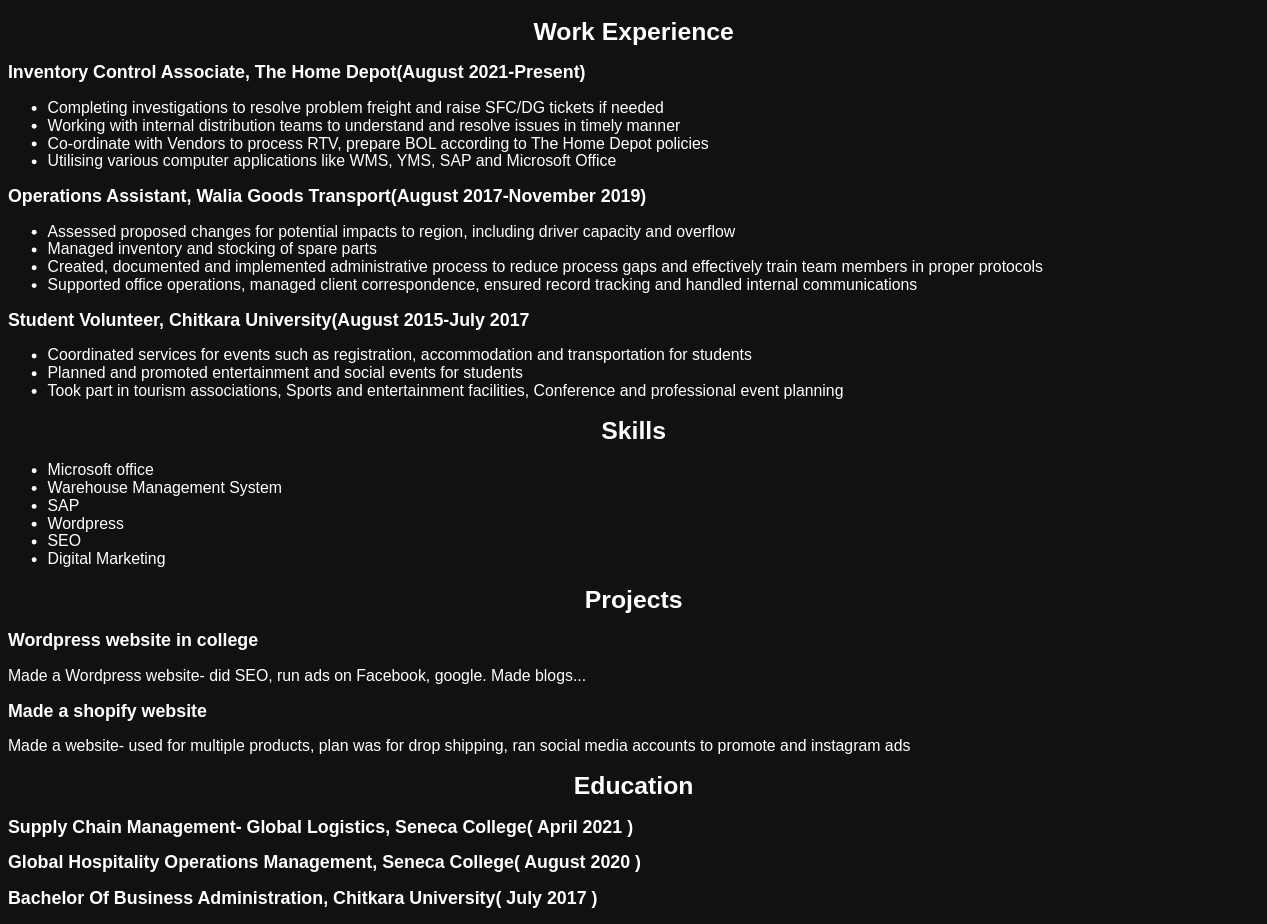
Repository: jashn13/portfolio
Page: index.html
An editor plug-in stored every save of this project. The page is shown before and after the next save, followed by the edit.
The browser window is 1280 px wide. The pictures show the whole page, at 99% of full size.

Above is the page before, as saved 2021-11-13 08:28:00.

### index.html
<!DOCTYPE html>
<html>
<head>
<style>
h1 {
 text-align: center;
 font-size: 25px;
}
h2 {
 text-align: left;
 Font-size: 18px;
}

body {
  font-family: Arial;
  color: white;
  background-color: #111;
}



.centered {
  position: absolute;
  top: 50%;
  left: 50%;
  transform: translate(-50%, -50%);
  text-align: center;
}


</style>
</head>
<body>
<div>
<div class="split left">
    <h1>Work Experience</h1>
<h2>Inventory Control Associate, The Home Depot(August 2021-Present)</h2>
<ul>
 <li>Completing investigations to resolve problem freight and raise SFC/DG tickets if needed</li>
 <li>Working with internal distribution teams to understand and resolve issues in timely manner</li>
 <li>Co-ordinate with Vendors to process RTV, prepare BOL according to The Home Depot policies</li>
 <li>Utilising various computer applications like WMS, YMS, SAP and Microsoft Office</li>
</ul>
<h2>Operations Assistant, Walia Goods Transport(August 2017-November 2019)</h2>
<ul>
<li>Assessed proposed changes for potential impacts to region, including driver capacity and overflow</li>
<li>Managed inventory and stocking of spare parts</li>
<li>Created, documented and implemented administrative process to reduce process gaps and effectively train team members in proper protocols</li>
<li>Supported office operations, managed client correspondence, ensured record tracking and handled internal communications</li>
</ul>

<h2>Student Volunteer, Chitkara University(August 2015-July 2017</h2>
<ul>
<li>Coordinated services for events such as registration, accommodation and transportation for students</li>
<li>Planned and promoted entertainment and social events for students</li>
<li>Took part in tourism associations, Sports and entertainment facilities, Conference and professional event planning</li>
</ul>
<h1>Skills</h1>
<ul>
<li>Microsoft office</li>
<li>Warehouse Management System</li>
<li>SAP</li>
<li>Wordpress</li>
<li>SEO</li>
<li>Digital Marketing</li>
</ul>
  </div>
</div>

<div class="split right">
    <h1>Projects</h1>
<h2>Wordpress website in college</h2>
<p>Made a Wordpress website- did SEO, run ads on Facebook, google. Made blogs...</p>
<h2>Made a shopify website</h2>
<p>Made a website- used for multiple products, plan was for drop shipping, ran social media accounts to promote and instagram ads</p>
<h1>Education</h1>
<h2>Supply Chain Management- Global Logistics, Seneca College( April 2021 )</h2>
<h2>Global Hospitality Operations Management, Seneca College( August 2020 )</h2>
<h2>Bachelor Of Business Administration, Chitkara University( July 2017 )</h2>


  </div>
</div>
</div>
</body>
</html>

After the next save:
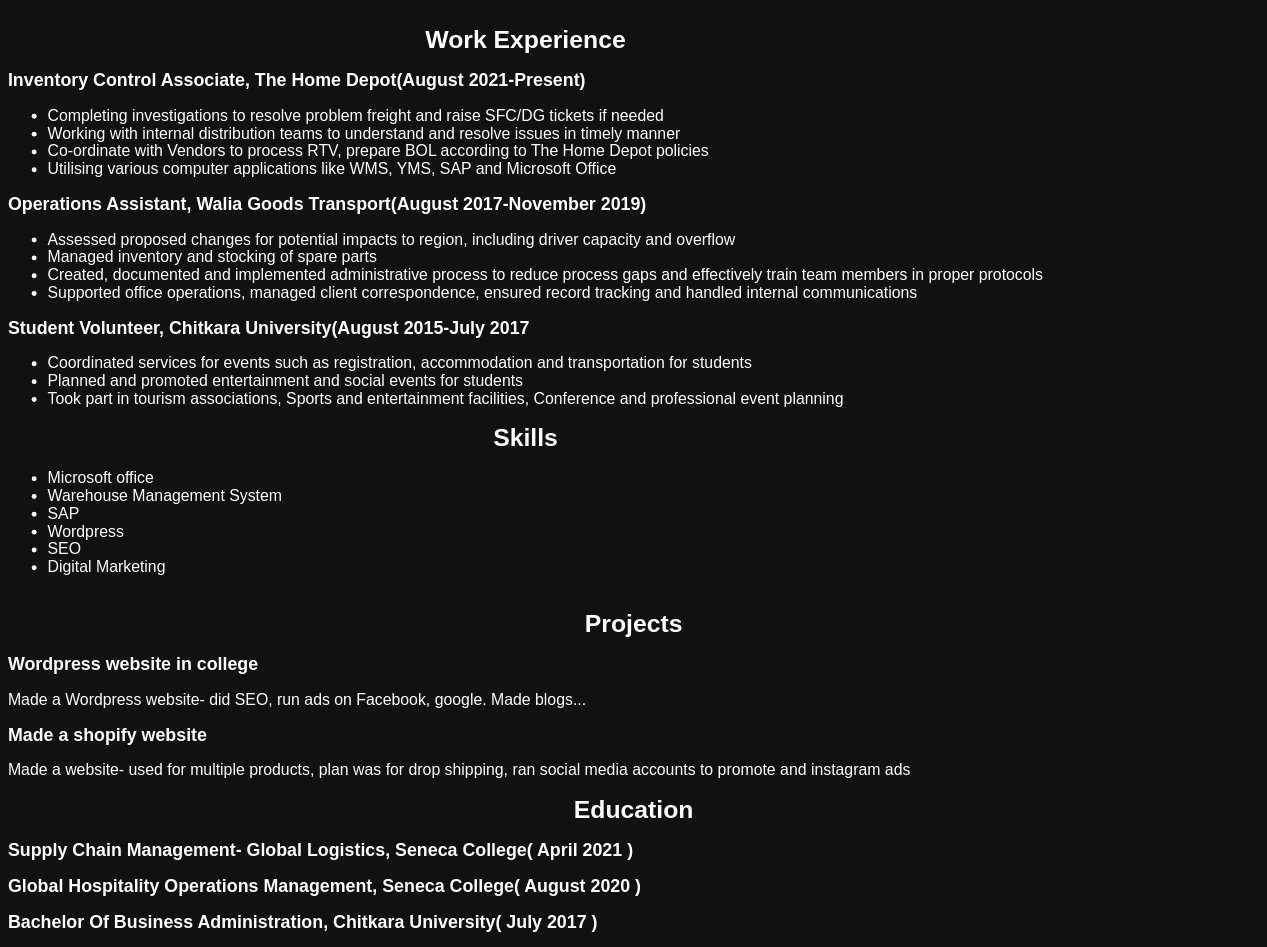
Saved 12 s later.
--- a/index.html
+++ b/index.html
@@ -31,7 +31,7 @@ body {
 </style>
 </head>
 <body>
-<div>
+<div style="display: flex;">
 <div class="split left">
     <h1>Work Experience</h1>
 <h2>Inventory Control Associate, The Home Depot(August 2021-Present)</h2>
